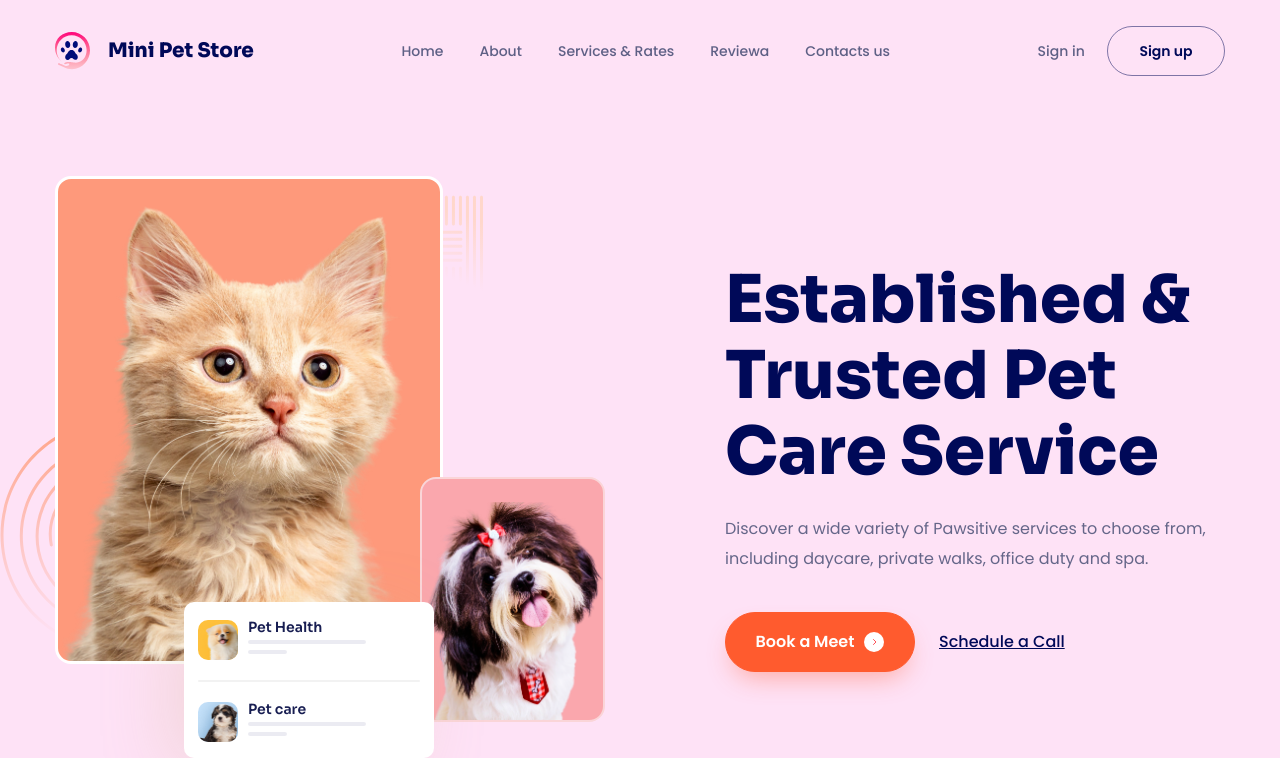
Repository: Tran-Dat/ASM-HTML5-F8-04
Page: index.html
The author's editor kept a copy of each file at every save. The page is drawn from the files as they stood at one save, then again after the next save.
The browser window is 1280 px wide. The pictures show the whole page.

Above is the page before, as saved 2023-06-12 17:01:35.

After the next save:
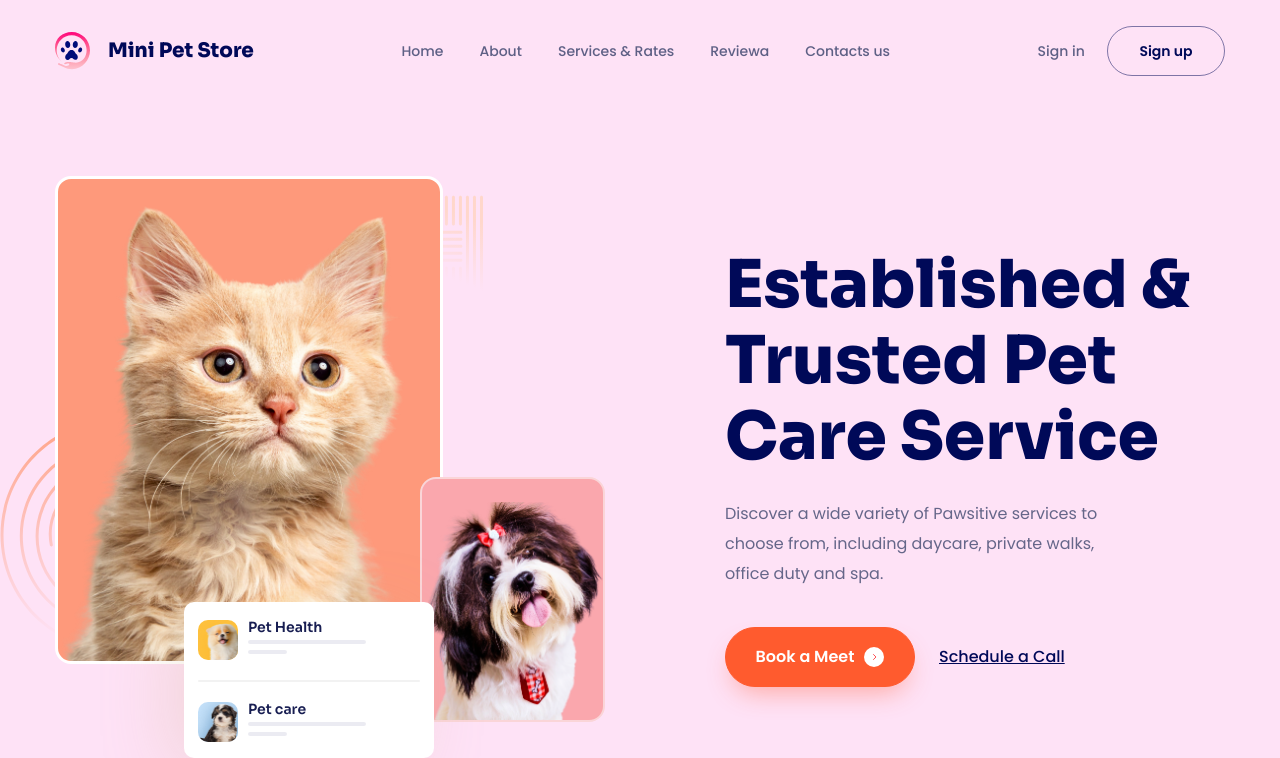
Saved 46 s later.
--- a/assets/css/styles.css
+++ b/assets/css/styles.css
@@ -261,6 +261,7 @@
 }
 
 .hero__desc {
+    width: 391px;
     margin-top: 24px;
     font-size: 1.6rem;
     line-height: 1.88;
